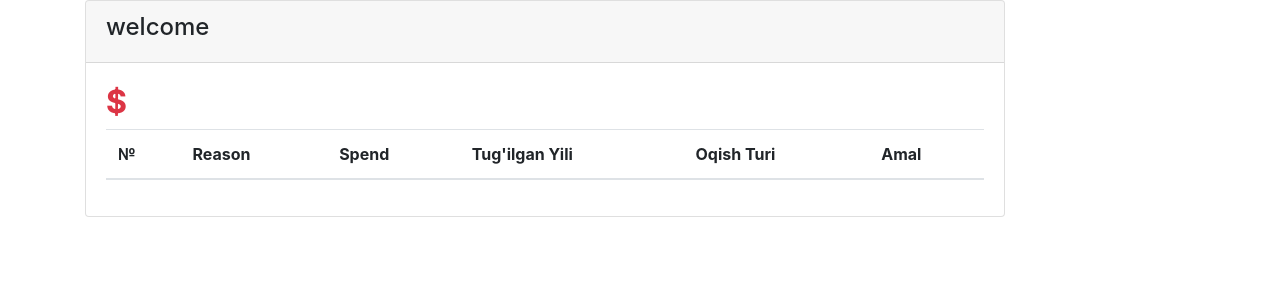
Repository: surefaceJS/allMyWorkInaliLinux
Page: hardcha/index.html
The author's editor kept a copy of each file at every save. The page is drawn from the files as they stood at one save, then again after a run of saves.
The browser window is 1280 px wide. The pictures show the whole page.

Above is the page before, as saved 2021-04-19 11:32:25.

### hardcha/index.html
<!DOCTYPE html>
<html lang="en">

<head>
    <meta charset="UTF-8">
    <meta http-equiv="X-UA-Compatible" content="IE=edge">
    <meta name="viewport" content="width=device-width, initial-scale=1.0">
    <title>ReadyWebPage</title>
    <link rel="stylesheet" href="css/bootstrap.css">
    <link rel="stylesheet" href="fontawesome-free-5.15.2-web/css/all.min.css">
    <link rel="stylesheet" href="css/main.css">
</head>

<body>


    <div class="container">

        <div class="row">
            <div class="col-10">
                <div class="card">

                    <div class="card-header">
                        <h4>welcome <span id="pushName"></span> </h4>
                    </div>
                    <div class="card-body">
                        <h2 class="text-danger text-uppercase font-intel-bold" id="pushMonay"><span>$</span></h2>

                        <table class="table table-hover table-striped">
                            <thead>
                                <tr>
                                    <th>№</th>
                                    <th>Reason</th>
                                    <th>Spend </th>
                                    <th>Tug'ilgan Yili</th>
                                    <th>Oqish Turi</th>
                                    <th>Amal</th>
                                </tr>
                            </thead>
                        </table>
                    </div>

                </div>
            </div>
        </div>
    </div>

    <script src="js/jquery-3.3.1.slim.min.js"></script>
    <script src="js/popper.min.js"></script>
    <script src="js/bootstrap.js"></script>
    <script src="js/app.js"></script>
</body>

</html>

### hardcha/css/main.css
/*********************  FONTS STYLE *************************/
@font-face {
  font-family: "Inter-Bold";
  src: url("../asssets/fonts/Inter/Inter-Bold.ttf") format("truetype"); }
@font-face {
  font-family: "Inter-Regular";
  src: url("../asssets/fonts/Inter/Inter-Regular.ttf") format("truetype"); }
@font-face {
  font-family: "Inter-Light";
  src: url("../asssets/fonts/Inter/Inter-Light.ttf") format("truetype"); }
@font-face {
  font-family: "Inter-SemiBold";
  src: url("../asssets/fonts/Inter/Inter-SemiBold.ttf") format("truetype"); }
.font-intel-bold {
  font-family: "Inter-Bold", sans-serif; }

.font-intel-regular {
  font-family: "Inter-Regular", sans-serif; }

.font-intel-light {
  font-family: "Inter-Light", sans-serif; }

.font-inter-semi-bold {
  font-family: "Inter-SemiBold", sans-serif; }

/*# sourceMappingURL=main.css.map */

Loaded but not shown: hardcha/css/bootstrap.css (library); hardcha/fontawesome-free-5.15.2-web/css/all.min.css (library); hardcha/js/jquery-3.3.1.slim.min.js (library); hardcha/js/popper.min.js (library); hardcha/js/bootstrap.js (library); hardcha/js/app.js (no copy from this time; the picture is the same without it)

After the next 5 saves:
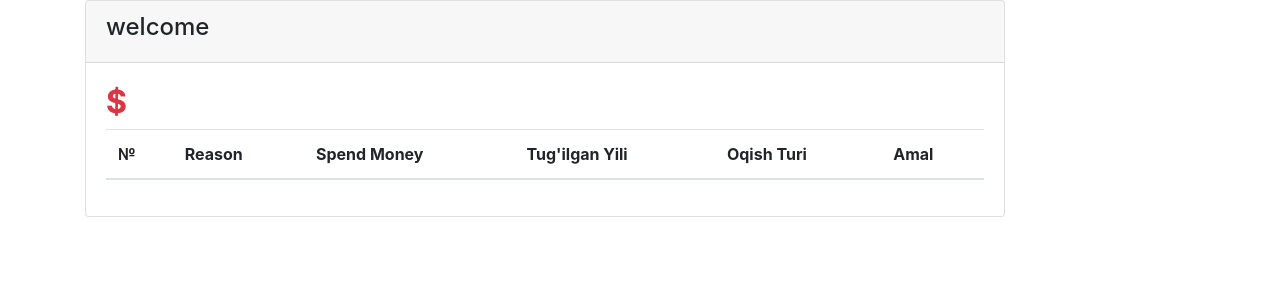
The 5 saves are shown as one change because they came seconds apart.
The last was saved 14 s later.
--- a/hardcha/index.html
+++ b/hardcha/index.html
@@ -31,7 +31,7 @@
                                 <tr>
                                     <th>№</th>
                                     <th>Reason</th>
-                                    <th>Spend </th>
+                                    <th>Spend Money</th>
                                     <th>Tug'ilgan Yili</th>
                                     <th>Oqish Turi</th>
                                     <th>Amal</th>
